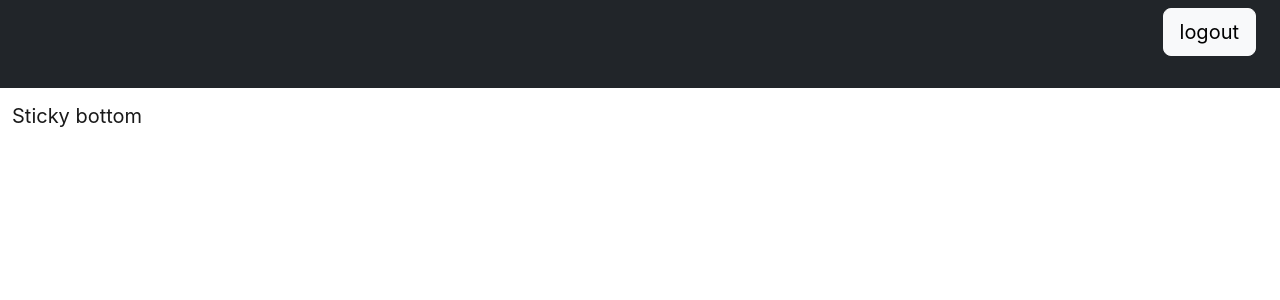
Repository: Sakshamccna/React
Page: /
These files come from the project's save history. The page is drawn as it stood at one moment and after the next save; the edit follows.
The browser window is 1280 px wide. The pictures show the whole page.
The project was rebuilt for these pictures with package versions that can differ from the ones it lists, and the page was loaded fresh each time.

Above is the page before, as saved 2022-12-26 10:24:06.

After the next save:
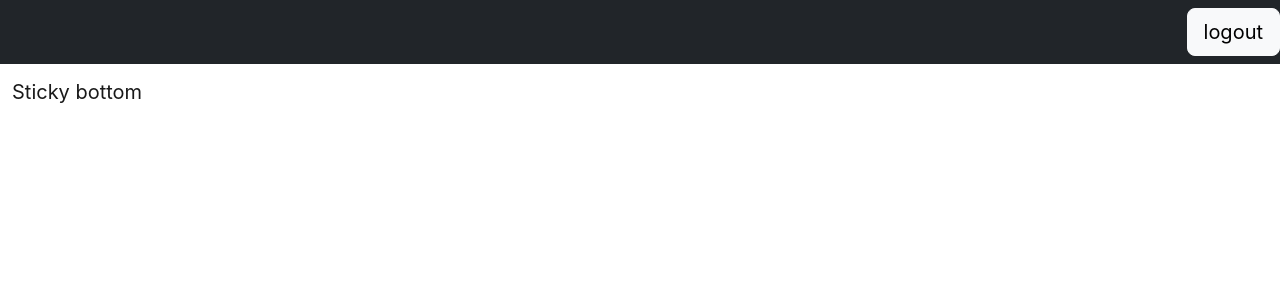
Saved 9 s later.
--- a/src/Components/Headers.tsx
+++ b/src/Components/Headers.tsx
@@ -7,7 +7,7 @@
             <nav className="navbar sticky-top navbar-lig bg-dark topnav-right">
 
                 <div className="topnav-right">
-                    <div className="d-flex justify-content-center mx-4 mb-lg-4">
+                    <div className="d-flex justify-content-center ">
                         <button type="button" className="btn btn-light btn-lg">logout</button>
                     </div>
 

After the 2 saves that followed:
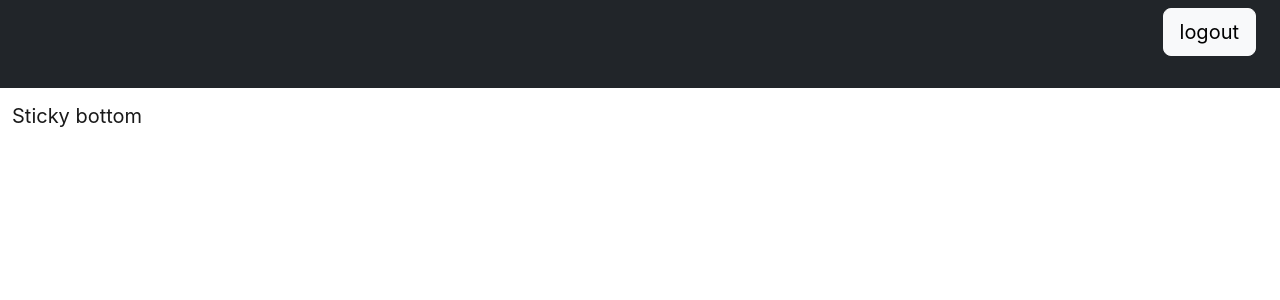
The 2 saves are shown as one change because 1 left the picture as it was.
The last was saved 45 s later.
--- a/src/Components/Headers.tsx
+++ b/src/Components/Headers.tsx
@@ -7,7 +7,7 @@
             <nav className="navbar sticky-top navbar-lig bg-dark topnav-right">
 
                 <div className="topnav-right">
-                    <div className="d-flex justify-content-center ">
+                    <div className="d-flex justify-content-center mx-4 mb-3 mb-lg-4">
                         <button type="button" className="btn btn-light btn-lg">logout</button>
                     </div>
 
